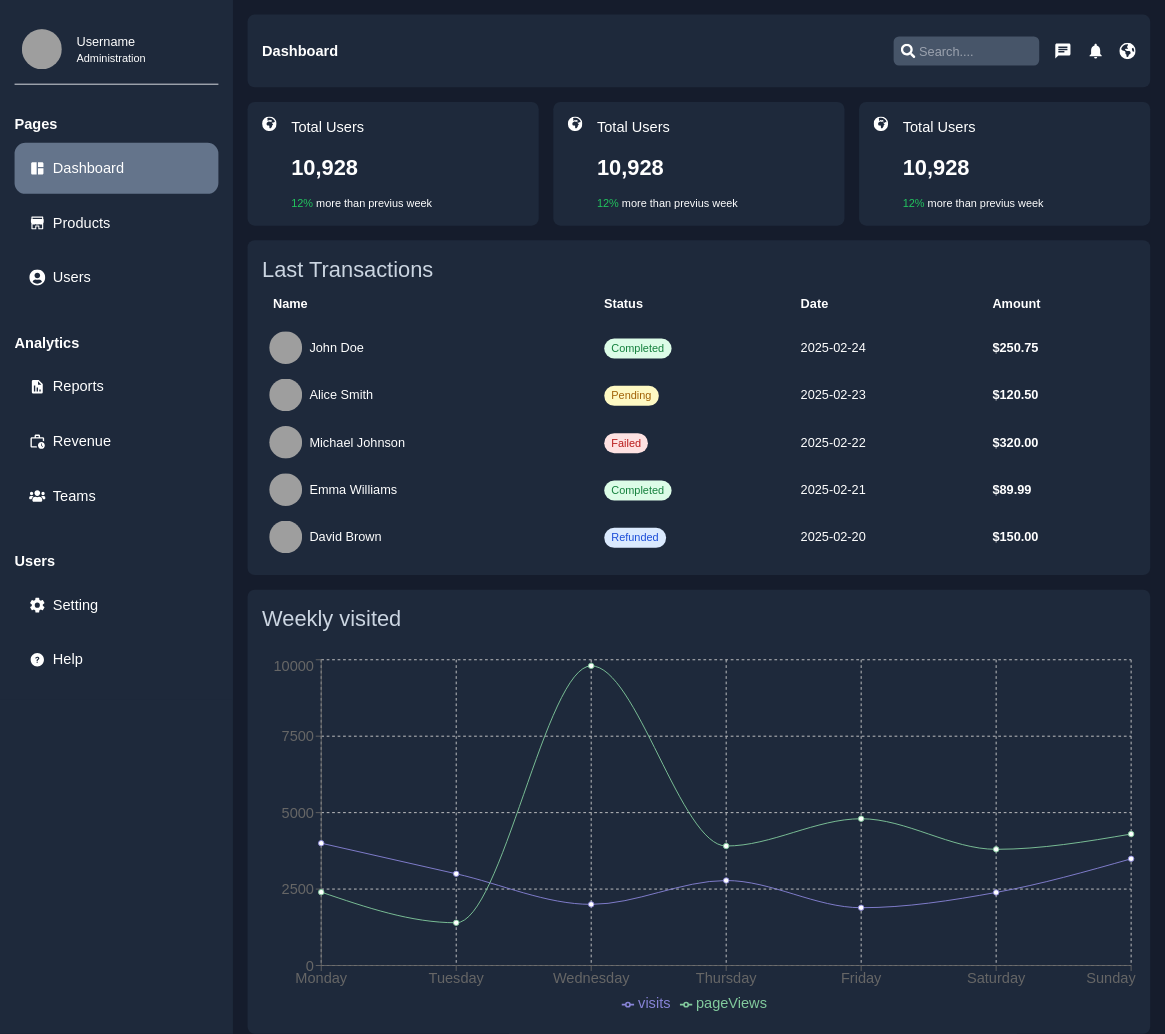
Repository: Than-sothearak/next-computer-admin
Page: /dashboard
An editor plug-in stored every save of this project. The page is shown before and after the next save, followed by the edit.
The browser window is 1280 px wide. The pictures show the whole page, at 91% of full size.
Pictures or frames that could not be fetched are drawn as grey boxes. The project was rebuilt for these pictures with package versions that can differ from the ones it lists, and the page was loaded fresh each time. The framework's server and built-in components were replaced by stand-ins that run in the browser. Also part of the build but not shown: next.config.mjs.

Above is the page before, as saved 2025-02-24 23:31:38.

### app/layout.js
import { Geist, Geist_Mono } from "next/font/google";
import "./globals.css";

const geistSans = Geist({
  variable: "--font-geist-sans",
  subsets: ["latin"],
});

const geistMono = Geist_Mono({
  variable: "--font-geist-mono",
  subsets: ["latin"],
});

export const metadata = {
  title: "Computer shop admin",
  description: "Computer shop admin",
};

export default function RootLayout({ children }) {
  return (
    <html lang="en">
      <body
        className={`${geistSans.variable} ${geistMono.variable} antialiased`}
      >
        {children}
      </body>
    </html>
  );
}

### app/dashboard/layout.js
import { Navbar } from "@/components/dashboard/navbar/navbar";
import { Sidebar } from "@/components/dashboard/sidebar/sidebar";

export default function DashboardLayout({ children }) {
  return (
    <div className="flex">
      <div className="bg-slate-800">
        <Sidebar />
      </div>
      <div className="w-full mt-4 mx-4">
        <Navbar />
        <div>{children}</div>
      </div>
    </div>
  );
}

### app/dashboard/page.js
import LastTransactionComponent from "@/components/LastTransactionsComponent";
import LineChartComponent from "@/components/LineChartComponent";
import { FaEarthAfrica } from "react-icons/fa6";
const DashboardPage = () => {
  return (
    <>
      <div className="mt-4 rounded-lg flex max-sm:flex-wrap gap-4">
        <div className="w-full justify-start items-start flex gap-4 p-4 bg-slate-800 rounded-lg ">
          <div>
            <FaEarthAfrica />
          </div>
          <div className="flex flex-col gap-4">
            <h2>Total Users</h2>
            <h1 className="text-2xl font-bold">10,928</h1>
            <p className="text-green-500 text-xs">
              12% <span className="text-white">more than previus week</span>
            </p>
          </div>
        </div>

        <div className="w-full justify-start items-start flex gap-4 p-4 bg-slate-800 rounded-lg ">
          <div>
            <FaEarthAfrica />
          </div>
          <div className="flex flex-col gap-4">
            <h2>Total Users</h2>
            <h1 className="text-2xl font-bold">10,928</h1>
            <p className="text-green-500 text-xs">
              12% <span className="text-white">more than previus week</span>
            </p>
          </div>
        </div>

        <div className="w-full justify-start items-start flex gap-4 p-4 bg-slate-800 rounded-lg ">
          <div>
            <FaEarthAfrica />
          </div>
          <div className="flex flex-col gap-4">
            <h2>Total Users</h2>
            <h1 className="text-2xl font-bold">10,928</h1>
            <p className="text-green-500 text-xs">
              12% <span className="text-white">more than previus week</span>
            </p>
          </div>
        </div>
      </div>

      <LastTransactionComponent />

      <LineChartComponent />
    </>
  );
};

export default DashboardPage;

### app/globals.css
@tailwind base;
@tailwind components;
@tailwind utilities;

:root {
    --bg: #151c2c;
    --bgSoft: #182237;
    --text: white;
    --textSoft: #b7bac1;
}

*{
    margin:  0;
    padding: 0;
    box-sizing: border-box;
    font-family:Arial, Helvetica, sans-serif
}

body {
    background-color: var(--bg);
    color: var(--text);
}

a {
    color: inherit;
    text-decoration: none;
}

### components/dashboard/navbar/navbar.js
import { FaSearch } from "react-icons/fa";
import { MdChat, MdNotifications } from "react-icons/md";
import { FaEarthAmericas } from "react-icons/fa6";
export const Navbar = () => {
  return (
    <div className="bg-slate-800 py-6 px-4 rounded-lg w-full flex justify-between items-center">
      <div>
        <h2 className="font-bold">Dashboard</h2>
      </div>
      <div className="flex gap-4 items-center">
        <div className="bg-slate-600 rounded-md w-40 flex relative items-center justify-start pl-2 gap-2 py-2">
          <FaSearch />
          <input
            type="text"
            placeholder="Search...."
            className="w-28 text-sm border-none outline-none ring-0 focus:ring-0 focus:outline-none bg-transparent absolute top-0 bottom-0 left-7 overflow-hidden"
          />
        </div>
        <div className="cursor-pointer"><MdChat size={20}/></div>
        <div className="cursor-pointer"><MdNotifications size={20}/></div>
        <div className="cursor-pointer"><FaEarthAmericas size={18}/></div>
      </div>
    </div>
  );
};

### components/dashboard/sidebar/sidebar.js
"use client"
import { useState } from "react";
import { analyticNavigation, pageNavigation, userNavigation } from "@/lib/navLinks";
import { SidebarList } from "@/components/SidebarList";
import { IoMdMenu } from "react-icons/io";
import { IoClose } from "react-icons/io5";
import { SidebarListMobile } from "@/components/SidebarListMobile";

export const Sidebar = () => {
  const [isOpen, setIsOpen] = useState(false);

  return (
    <>

      <div className="mt-2 flex justify-center items-center lg:hidden">
      <span className="text-white text-lg font-semibold"></span>
        <button
          onClick={() => setIsOpen(true)}
          aria-label="Open Sidebar"
          title="Open Sidebar"
        >
          <IoMdMenu size={28} />
        </button>
      </div>
    {/* Mobile side */}
      <div className="lg:hidden ml-1 mt-4">
        <SidebarListMobile navList={pageNavigation}/>
        <SidebarListMobile navList={analyticNavigation} />
        <SidebarListMobile navList={userNavigation} />
      </div>


      <div
        className={`bg-slate-800 p-4 w-64 fixed top-0 left-0 z-50 transform transition-transform duration-700 ease-in-out
          ${isOpen ? "translate-x-0" : "-translate-x-full"} lg:translate-x-0 lg:static max-sm:w-full
        `}
      >

        <div className="flex justify-between items-center  lg:hidden">
          <span className="text-white text-lg font-semibold">Menu</span>
          <button
            onClick={() => setIsOpen(false)}
            aria-label="Close Sidebar"
            title="Close Sidebar"
            className="text-white"
          >
            <IoClose size={28} />
          </button>
        </div>


        <div className="cursor-pointer flex items-center gap-4 px-2 py-4 text-white">
          <img className="w-11 h-11 bg-cover rounded-full"src="https://static.vecteezy.com/system/resources/previews/005/544/718/non_2x/profile-icon-design-free-vector.jpg"/>
          <div className="">
            <h1 className="text-sm">Username</h1>
            <p className="text-xs">Administration</p>

          </div>

          </div>
          <hr />

        <SidebarList navList={pageNavigation} />
        <SidebarList navList={analyticNavigation} />
        <SidebarList navList={userNavigation} />
      </div>

      {/* Overlay (closes sidebar when clicked) */}
      {isOpen && (
        <div
          className="fixed inset-0 bg-black bg-opacity-50 lg:hidden"
          onClick={() => setIsOpen(false)}
        />
      )}
    </>
  );
};

### components/LastTransactionsComponent.js
import { latestTransactions } from "@/data/lastTransactions";

export default function LastTransactionComponent () {

    const statusColors = {
        Completed: "bg-green-100 text-green-700",
        Pending: "bg-yellow-100 text-yellow-700",
        Failed: "bg-red-100 text-red-700",
        Refunded: "bg-blue-100 text-blue-700",
      };
    return (
        <div className="mt-4 rounded-lg bg-slate-800 p-4">
        <h1 className="text-2xl text-slate-300">Last Transactions</h1>
        <div>
        <table className="w-full rounded-lg overflow-hidden">
          <thead className="text-sm">
            <tr>
              <th className="p-3 text-left">Name</th>
              <th className="p-3 text-left">Status</th>
              <th className="p-3 text-left">Date</th>
              <th className="p-3 text-left">Amount</th>
            </tr>
          </thead>
          <tbody className="text-sm">
            {latestTransactions.map((transaction, index) => (
              <tr
                key={index}
                className=" transition-all"
              >
                <td className="p-2 flex gap-2 items-center"><img className="object-cover w-9 h-9 rounded-full " src="https://wac-cdn.atlassian.com/dam/jcr:ba03a215-2f45-40f5-8540-b2015223c918/Max-R_Headshot%20(1).jpg?cdnVersion=2574"/>{transaction.name}</td>
                <td className="p-3">
                  <span
                    className={`px-2 py-1 rounded-full text-xs font-medium ${
                      statusColors[transaction.status] || "bg-gray-100 text-gray-700"
                    }`}
                  >
                    {transaction.status}
                  </span>
                </td>
                <td className="p-3">{transaction.date}</td>
                <td className="p-3 font-semibold">${transaction.amount.toFixed(2)}</td>
              </tr>
            ))}
          </tbody>
        </table>
        </div>
      </div>
    )


}

### components/LineChartComponent.js
"use client"
import { LineChart, Line, XAxis, YAxis, CartesianGrid, Tooltip, Legend, ResponsiveContainer } from 'recharts';

const data = [
  {
    name: 'Monday',
    visits: 4000,
    pageViews: 2400,
    bounceRate: 2400,
  },
  {
    name: 'Tuesday',
    visits: 3000,
    pageViews: 1398,
    bounceRate: 2210,
  },
  {
    name: 'Wednesday',
    visits: 2000,
    pageViews: 9800,
    bounceRate: 2290,
  },
  {
    name: 'Thursday',
    visits: 2780,
    pageViews: 3908,
    bounceRate: 2000,
  },
  {
    name: 'Friday',
    visits: 1890,
    pageViews: 4800,
    bounceRate: 2181,
  },
  {
    name: 'Saturday',
    visits: 2390,
    pageViews: 3800,
    bounceRate: 2500,
  },
  {
    name: 'Sunday',
    visits: 3490,
    pageViews: 4300,
    bounceRate: 2100,
  },
];



export default function LineChartComponent() {
    return (
      <div className='mt-4 p-4 bg-slate-800 rounded-lg'>
        <h1 className="text-2xl text-slate-300">Weekly visited</h1>
        <div className='mt-6'>
        <ResponsiveContainer width="100%" height={400}>
        <LineChart data={data}>
          <CartesianGrid strokeDasharray="3 3" />
          <XAxis dataKey="name" />
          <YAxis />
          <Tooltip />
          <Legend />
          <Line type="monotone" dataKey="visits" stroke="#8884d8" />
          <Line type="monotone" dataKey="pageViews" stroke="#82ca9d" />
        </LineChart>
      </ResponsiveContainer>
        </div>
      </div>
    );
  }

### lib/navLinks.js
import { MdSpaceDashboard } from "react-icons/md";
import { AiFillShop } from "react-icons/ai"; // Replace with correct icon if needed
import { FaUserCircle, FaUsers } from "react-icons/fa";
import { BiSolidReport } from "react-icons/bi";
import { MdOutlineWorkHistory } from "react-icons/md";
import { IoSettingsSharp } from "react-icons/io5";
import { IoIosHelpCircle } from "react-icons/io";

export const pageNavigation = {
  name: "Pages",
  links: [ {
    path: "/dashboard",
    name: "Dashboard",
    icon: <MdSpaceDashboard size={18} />,
  },
  {
    path: "/dashboard/products",
    name: "Products",
    icon: <AiFillShop size={18} />,
  },
  {
    path: "/dashboard/users",
    name: "Users",
    icon: <FaUserCircle size={18} />,
  },]
}

export const analyticNavigation = {
  name: "Analytics",
  links: [
    {
      path: "/reports",
      name: "Reports",
      icon: <BiSolidReport size={18} />,
    },
    {
      path: "/revenue",
      name: "Revenue",
      icon: <MdOutlineWorkHistory size={18} />,
    },
    {
      path: "/dashboard/teams",
      name: "Teams",
      icon: <FaUsers size={18} />,
    },
  ]
}

export const userNavigation = {
  name: "Users",
  links: [
    {
      path: "/setting",
      name: "Setting",
      icon: <IoSettingsSharp size={18} />,
    },
    {
      path: "/help",
      name: "Help",
      icon: <IoIosHelpCircle size={18} />,
    },

  ]
}

  ;

### components/SidebarList.js
"use client"
import Link from 'next/link'
import { usePathname } from 'next/navigation';

export const SidebarList = ({navList}) => {
    const pathName = usePathname();
  return (
    <div className="mt-8 font-bold">
    {navList.name}
    <ul className="flex flex-col gap-1 mt-2 cursor-pointer">
      {navList.links.map((item) => (
        <Link
        title={item.name}
          href={item.path}
          key={item.path}
          className={`hover:bg-slate-700 flex gap-2 justify-start items-center ${
            pathName === item.path ? "bg-slate-500 hover:bg-slate-500" : "bg-balck "
          } rounded-xl px-4 py-4`}
        >
          <div>{item.icon}</div>
          <h2 className='font-normal'>{item.name}</h2>
        </Link>
      ))}
    </ul>
  </div>
  )
}

### components/SidebarListMobile.js
"use client"
import Link from 'next/link'
import { usePathname } from 'next/navigation';

export const SidebarListMobile = ({navList}) => {
    const pathName = usePathname();
  return (
    <div className="mt-4">
    <ul className="flex flex-col gap-1 mt-2 cursor-pointer">
      {navList.links.map((item) => (
        <Link
        title={item.name}
          href={item.path}
          key={item.path}
          className={`flex gap-2 justify-start items-center hover:bg-slate-800 ${
            pathName === item.path ? "bg-slate-500 hover:bg-slate-500" : "bg-balck "
          } rounded-xl px-4 py-4`}
        >
          <div>{item.icon}</div>

        </Link>
      ))}
    </ul>
  </div>
  )
}

### data/lastTransactions.js
export const latestTransactions = [
    {
      name: "John Doe",
      status: "Completed",
      date: "2025-02-24",
      amount: 250.75,
    },
    {
      name: "Alice Smith",
      status: "Pending",
      date: "2025-02-23",
      amount: 120.50,
    },
    {
      name: "Michael Johnson",
      status: "Failed",
      date: "2025-02-22",
      amount: 320.00,
    },
    {
      name: "Emma Williams",
      status: "Completed",
      date: "2025-02-21",
      amount: 89.99,
    },
    {
      name: "David Brown",
      status: "Refunded",
      date: "2025-02-20",
      amount: 150.00,
    },

  ];

Loaded but not shown: tailwind.config.mjs (common file)

After the next save:
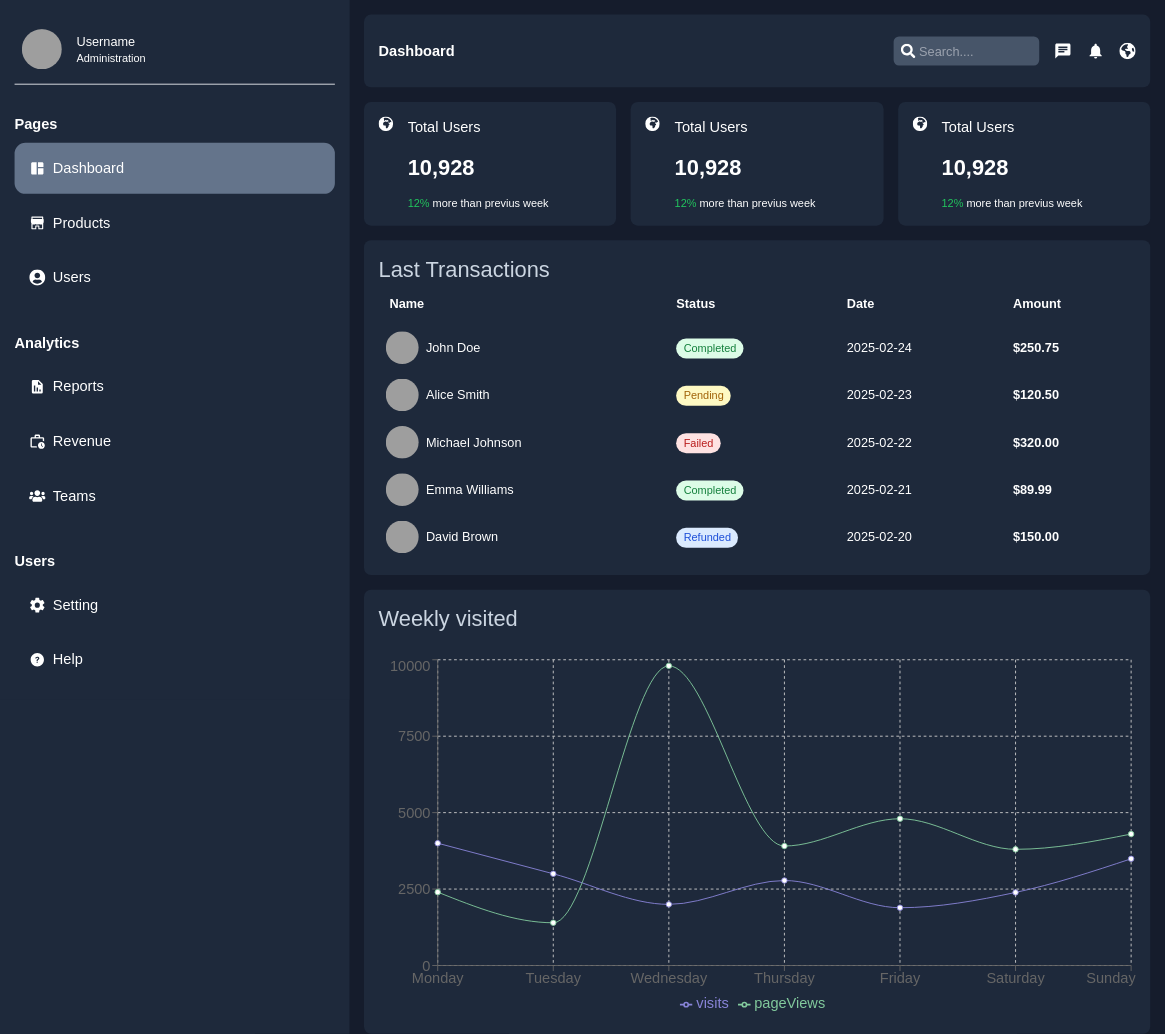
Saved 25 s later.
--- a/components/dashboard/sidebar/sidebar.js
+++ b/components/dashboard/sidebar/sidebar.js
@@ -31,7 +31,7 @@ export const Sidebar = () => {
 
 
       <div
-        className={`bg-slate-800 p-4 w-64 fixed top-0 left-0 z-50 transform transition-transform duration-700 ease-in-out
+        className={`bg-slate-800 p-4 w-96 fixed top-0 left-0 z-50 transform transition-transform duration-700 ease-in-out
           ${isOpen ? "translate-x-0" : "-translate-x-full"} lg:translate-x-0 lg:static max-sm:w-full
         `}
       >
